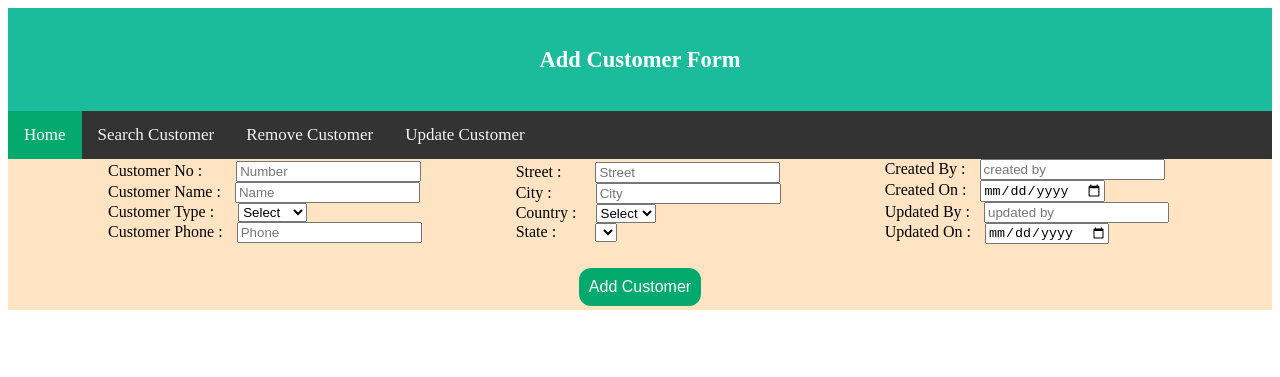
Repository: ParamMalik/Project-1
Page: http://localhost/projectcustomer/addcustomer.jsp
These files come from the project's save history. The page is drawn as it stood at one moment and after the next save; the edit follows.
The browser window is 1280 px wide. The pictures show the whole page.
The page is served by Tomcat 9. Other server files are loaded and not shown. The template is opened directly, without the code that normally fills it, so the values that code supplies are empty.

Above is the page before, as saved 2021-12-06 13:21:42.

### Trantor Project 1/projectcustomer/src/main/webapp/addcustomer.jsp
<%@ page language="java" contentType="text/html; charset=ISO-8859-1"
	pageEncoding="ISO-8859-1"%>
<%@ taglib uri="http://java.sun.com/jsp/jstl/core" prefix="c"%>
<%@ page isELIgnored="false"%>

<!DOCTYPE html>
<html>
<head>
<meta charset="ISO-8859-1">
<link rel="stylesheet" href="index.css">

<script>
function populate(s1,s2){
	var s1 = document.getElementById(s1);
	var s2 = document.getElementById(s2);
	s2.innerHTML = "";
	if(s1.value == "India"){
		var optionArray = ["|","camaro|Camaro","corvette|Corvette","impala|Impala"];
	} else if(s1.value == "Dodge"){
		var optionArray = ["|","avenger|Avenger","challenger|Challenger","charger|Charger"];
	} else if(s1.value == "Ford"){
		var optionArray = ["|","mustang|Mustang","shelby|Shelby"];
	}
	for(var option in optionArray){
		var pair = optionArray[option].split("|");
		var newOption = document.createElement("option");
		newOption.value = pair[0];
		newOption.innerHTML = pair[1];
		s2.options.add(newOption);
	}
}
</script>



<title>Add Customer</title>
</head>
<body>

	<div class="header">
		<h2>Add Customer Form</h2>

	</div>
	<div class="topnav">
		<a class="active" href="welcome">Home</a> <a href="search">Search
			Customer</a> <a href="remove">Remove Customer</a> <a href="update">Update
			Customer</a>


	</div>
	<div class="bodydiv">
		<form action="add" method="post">


			<div class="leftbox">
				<div>
					<label id="labelmargin" style="margin-right: 30px;">Customer
						No : </label><input id="inputdefault" type="text" name="customerNo"
						placeholder="Number" required="required">
				</div>
				<div>
					<label id="labelmargin">Customer Name : </label><input
						id="inputdefault" type="text" name="customerName"
						placeholder="Name" required="required">
				</div>
				<div>
					<label id="labelmargin" style="margin-right: 20px;">Customer
						Type : </label> <select name="customerType" id="inputdefault"
						placeholder="Type">
						<option value="none">Select</option>
						<option value="new">New</option>
						<option value="regular">Regular</option>

					</select>
				</div>
				<div>
					<label id="labelmargin">Customer Phone : </label><input
						id="inputdefault" type="text" name="customerPhone"
						placeholder="Phone" required="required">
				</div>
			</div>
			<div class="centerbox">
				<div>
					<label id="centermargin">Street : </label><input id="inputdefault"
						type="text" name="street" placeholder="Street">
				</div>
				<div>
					<label id="centermargin" style="margin-right: 40px;">City :
					</label><input id="inputdefault" type="text" name="city" placeholder="City">
				</div>

				<div>

					<label id="centermargin" style="margin-right: 15px;">Country
						: </label> <select id="inputdefault" name="country" class="company"
						onchange="populate(this.id,'inputdef')">
						<option>Select</option>
						<option value="India">India</option>
						<c:forEach var="listValue" items="${countryList}">

							<option>${listValue.countryName}</option>

							<br>
						</c:forEach>


					</select>

				</div>

				<div>
					<label id="centermargin" style="margin-right: 35px;">State
						: </label><select id="inputdef" name="state" >


					</select>
				</div>





			</div>
			<div class="rightbox">
				<div>
					<label id="labelmargin">Created By : </label><input
						id="inputdefault" type="text" name="createdBy"
						placeholder="created by">
				</div>
				<div>
					<label id="labelmargin">Created On : </label><input
						id="inputdefault" type="date" name="createdOn">
				</div>
				<div>
					<label id="labelmargin">Updated By : </label><input
						id="inputdefault" type="text" name="updatedBy"
						placeholder="updated by">
				</div>
				<div>
					<label id="labelmargin">Updated On : </label><input
						id="inputdefault" type="date" name="updatedOn">
				</div>


			</div>
			<div id="button">
				<button class="button button1" type="submit">Add Customer</button>
			</div>




		</form>


	</div>

</body>
</html>

### Trantor Project 1/projectcustomer/src/main/webapp/index.css
@charset "ISO-8859-1";

.rightbox,.leftbox,.centerbox {

    display: inline-block;
    flex-wrap: wrap;

    justify-content: center;



}
.leftbox{
    margin: auto;
}
#labelmargin{
    margin-left: 100px;
    margin-right: 10px ;
}

#centermargin{
    margin-left: 90px;
    margin-right: 30px;

}



#country {
   margin-left: 5;
    margin-top: 15px;
    margin-bottom: 15px;
    text-align: center;
  }

 #state {
   margin-left: 5;
    margin-top: 15px;
    margin-bottom: 15px;
    text-align: center;
  }

#button{
    margin-top: 20px;
    margin-bottom: auto;
    text-align: center;
}

.button {
    background-color: #04AA6D; /* Green */
    border: none;
    color: white;
    padding: 10px;
    text-align: center;
    text-decoration: none;
    display: inline-block;
    font-size: 16px;
    margin: 4px 2px;
    cursor: pointer;
  }

  .button1 {border-radius: 12px;}

.header {
    padding: 20px;
    text-align: center;
    background: #1abc9c;
    color: white;
    font-size: 15px;
  }

.bodydiv{
    background-color: bisque;
}

#button{
    justify-content: center;

}




.topnav {

    background-color: #333;
    overflow: hidden;
  }

  /* Style the links inside the navigation bar */
  .topnav a {

    float: left;
    color: #f2f2f2;
    text-align: center;
    padding: 14px 16px;
    text-decoration: none;
    font-size: 17px;
  }

  /* Change the color of links on hover */
  .topnav a:hover {
    background-color: #ddd;
    color: black;
  }

  /* Add a color to the active/current link */
  .topnav a.active {
    background-color: #04AA6D;
    color: white;
  }

After the next save:
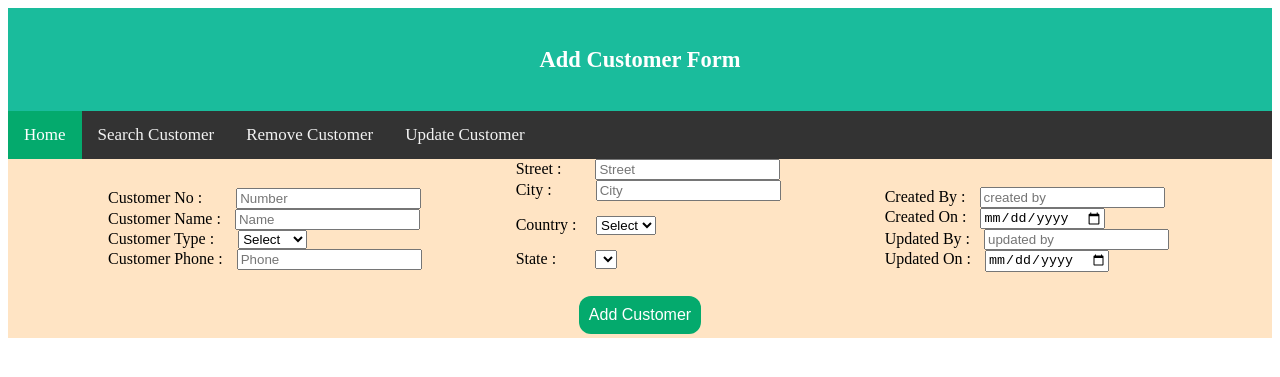
Saved 18 s later.
--- a/Trantor Project 1/projectcustomer/src/main/webapp/addcustomer.jsp
+++ b/Trantor Project 1/projectcustomer/src/main/webapp/addcustomer.jsp
@@ -92,7 +92,7 @@ function populate(s1,s2){
 				<div>
 
 					<label id="centermargin" style="margin-right: 15px;">Country
-						: </label> <select id="inputdefault" name="country" class="company"
+						: </label> <select id="country" name="country" class="company"
 						onchange="populate(this.id,'inputdef')">
 						<option>Select</option>
 						<option value="India">India</option>
